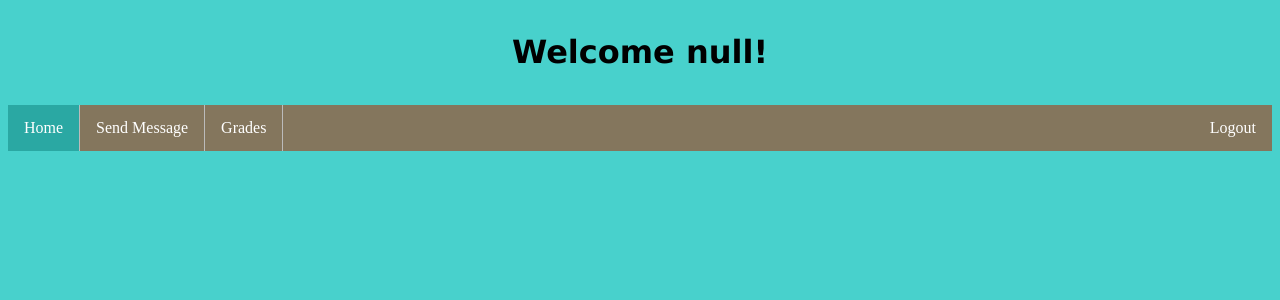
Repository: orsolyanemet/WebProject
Page: http://localhost/Project/userhome.jsp
The author's editor kept a copy of each file at every save. The page is drawn from the files as they stood at one save, then again after the next save.
The browser window is 1280 px wide. The pictures show the whole page.
The page is served by Tomcat 9. Nobody is signed in. The application's start-up code is not run. Other server files are loaded and not shown.

Above is the page before, as saved 2018-06-11 20:13:29.

### Project/WebContent/userhome.jsp
<!--Nemet Orsolya, noim1553, 532/1 csoport, Project -->
<!DOCTYPE html>
<html>
<head>
<title>Event Organizer</title>
<link rel="stylesheet" type="text/css" href="styles/userhome.css">
</head>
<body>
	<h1>
		Welcome
		<%
		out.print(request.getSession().getAttribute("logedUsername"));
	%>!
	</h1>
	<ul>
		<li><a class="active" href="userhome.jsp">Home</a></li>
		<li><a href="">Send Message</a></li>
		<li><a href="">Grades</a></li>
		</li>
		<li class="right" onclick="logout('')"><a href="">Logout</a></li>
	</ul>
</body>
</html>

### Project/WebContent/styles/userhome.css
/*Nemet Orsolya, noim1553, 532 csoport*/
/*Project*/
body{
	background-color: #48D1CC;
}
h1 {
	text-align: center;
	font-family: Verdana;
	padding: 12px 20px;
}
h2,h3,h4{
	font-family: Verdana;
}
ul {
    list-style-type: none;
    margin: 0;
    padding: 0;
    overflow: hidden;
    background-color: #84765D;
}

li {
    float: left;
    border-right:1px solid #bbb;
}

li:last-child {
    border-right: none;
}

li a {
    display: block;
    color: white;
    text-align: center;
    padding: 14px 16px;
    text-decoration: none;
}

li a:hover:not(.active) {
    background-color: #111;
}

.active {
    background-color: #2aa8a3;
}
.right{
	float:right;
}

After the next save:
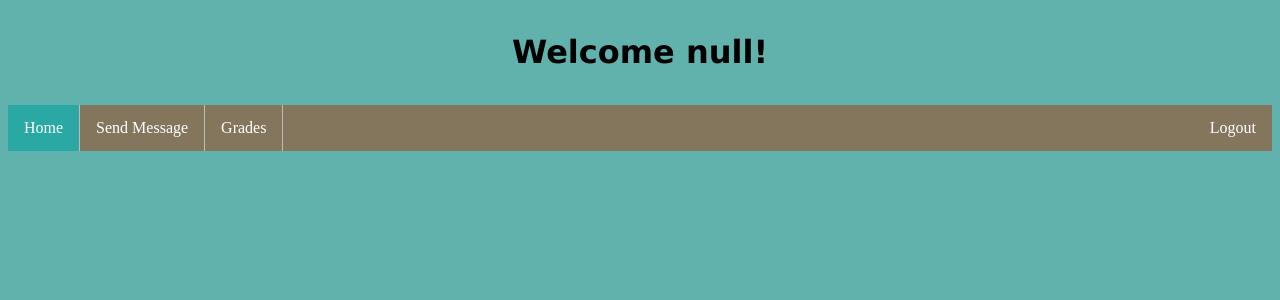
Saved 2 min 1 s later.
--- a/Project/WebContent/styles/userhome.css
+++ b/Project/WebContent/styles/userhome.css
@@ -1,7 +1,7 @@
 /*Nemet Orsolya, noim1553, 532 csoport*/
 /*Project*/
 body{
-	background-color: #48D1CC;
+	background-color: #61b1ad;
 }
 h1 {
 	text-align: center;
